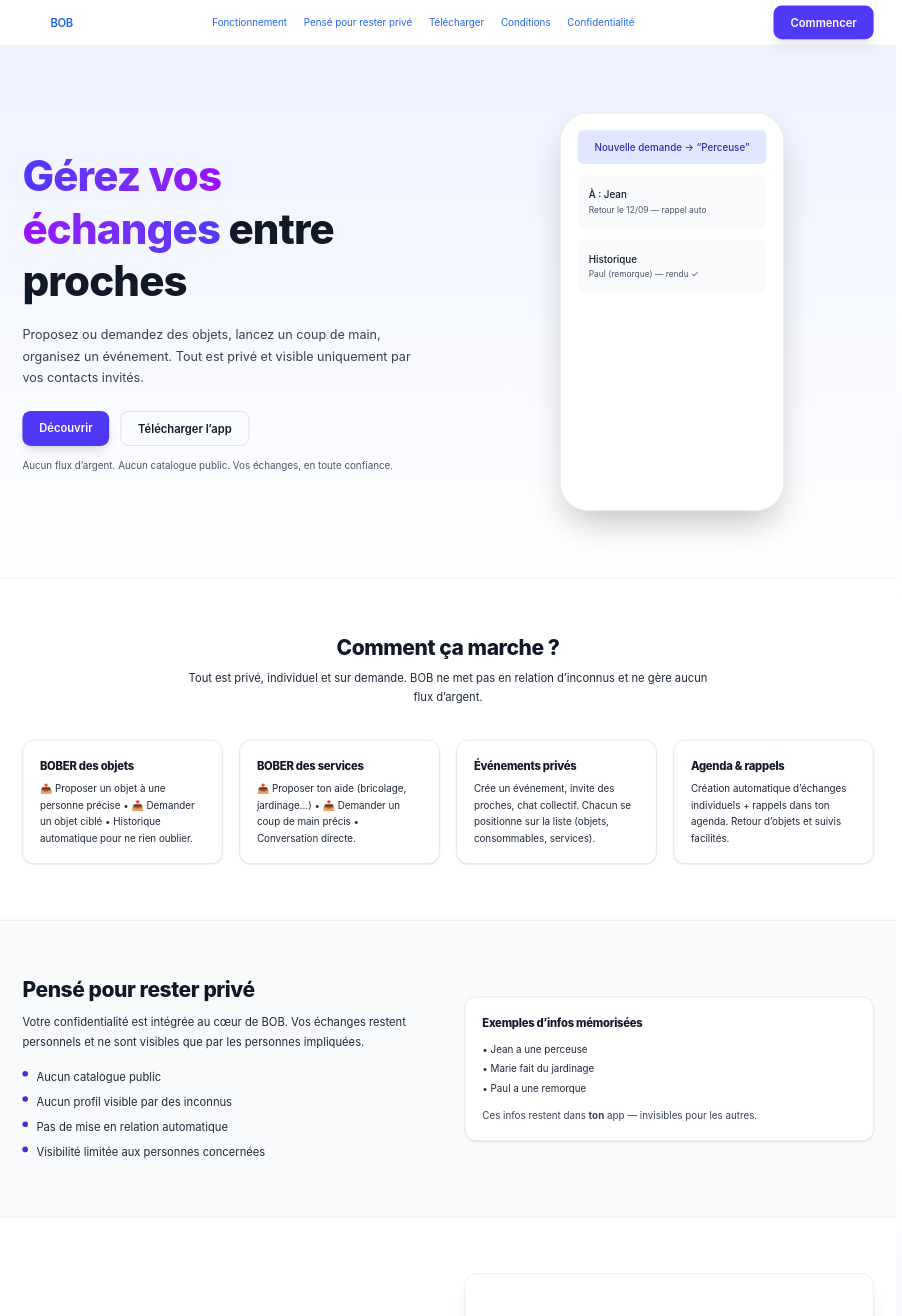
Repository: JeanCharlesMEILLAND/new-bob
Page: /
The author's editor kept a copy of each file at every save. The page is drawn from the files as they stood at one save, then again after the next save.
The browser window is 1280 px wide. The page is 1288 px wide, so the pictures cover 1288 px, including what lies to the right of the window. The pictures show the part of the page from y = 0 to 1880 px (the page is 2700 px tall), at 70% of full size.
The project was rebuilt for these pictures with package versions that can differ from the ones it lists, and the page was loaded fresh each time. The framework's server and built-in components were replaced by stand-ins that run in the browser. Also part of the build but not shown: next.config.ts.

Above is the page before, as saved 2025-08-12 00:27:24.

After the next save:
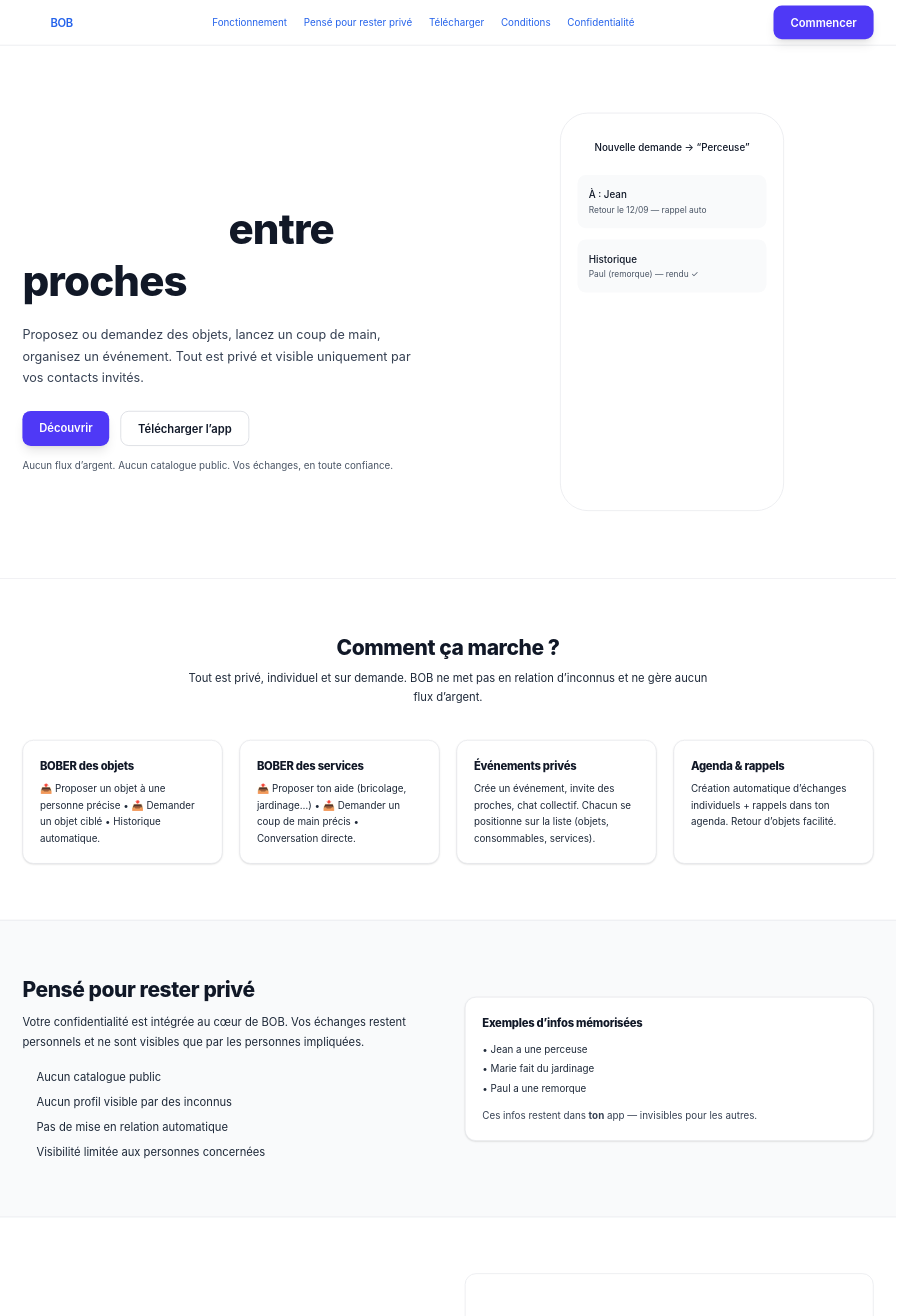
Saved 14 s later.
--- a/src/app/page.tsx
+++ b/src/app/page.tsx
@@ -2,17 +2,18 @@
   return (
     <main className="bg-white text-gray-900">
       {/* HERO */}
-      <section className="relative bg-gradient-to-b from-indigo-50 to-white">
+      <section className="relative bg-gradient-to-b from-brand/10 to-white">
         <div className="container py-24 grid lg:grid-cols-2 gap-16 items-center">
           <div>
             <h1 className="text-5xl sm:text-6xl font-extrabold leading-tight">
-              <span className="bg-gradient-to-r from-indigo-600 via-purple-600 to-indigo-600 bg-clip-text text-transparent">
+              <span className="bg-gradient-to-r from-brand via-accent to-brand bg-clip-text text-transparent">
                 Gérez vos échanges
               </span>{" "}
               entre proches
             </h1>
             <p className="mt-6 text-lg text-gray-700 leading-relaxed max-w-xl">
-              Proposez ou demandez des objets, lancez un coup de main, organisez un événement. Tout est privé et visible uniquement par vos contacts invités.
+              Proposez ou demandez des objets, lancez un coup de main, organisez un événement.
+              Tout est privé et visible uniquement par vos contacts invités.
             </p>
             <div className="mt-8 flex flex-wrap gap-4">
               <a href="#fonctionnement" className="btn-primary">Découvrir</a>
@@ -25,8 +26,8 @@
 
           {/* Mockup */}
           <div className="relative">
-            <div className="aspect-[9/16] w-80 mx-auto rounded-[2.5rem] border border-gray-200 bg-white shadow-2xl p-6 overflow-hidden">
-              <div className="h-12 rounded-lg bg-indigo-100 grid place-items-center text-indigo-800 text-sm font-medium mb-4">
+            <div className="aspect-[9/16] w-80 mx-auto rounded-[2.5rem] border border-gray-200 bg-white shadow-xl-soft p-6 overflow-hidden">
+              <div className="h-12 rounded-lg bg-brand/10 grid place-items-center text-brand text-sm font-medium mb-4">
                 Nouvelle demande → “Perceuse”
               </div>
               <div className="p-4 rounded-xl bg-gray-50 mb-4">
@@ -38,8 +39,9 @@
                 <p className="text-xs text-gray-600">Paul (remorque) — rendu ✓</p>
               </div>
             </div>
-            <div className="absolute -z-10 -top-10 -left-10 w-40 h-40 bg-indigo-200 rounded-full blur-3xl opacity-50"></div>
-            <div className="absolute -z-10 bottom-0 -right-10 w-40 h-40 bg-purple-200 rounded-full blur-3xl opacity-50"></div>
+            {/* halos décoratifs */}
+            <div className="absolute -z-10 -top-10 -left-10 w-40 h-40 bg-brand/20 rounded-full blur-3xl"></div>
+            <div className="absolute -z-10 bottom-0 -right-10 w-40 h-40 bg-accent/20 rounded-full blur-3xl"></div>
           </div>
         </div>
       </section>
@@ -58,23 +60,19 @@
             {[
               {
                 title: "BOBER des objets",
-                desc:
-                  "📤 Proposer un objet à une personne précise • 📥 Demander un objet ciblé • Historique automatique pour ne rien oublier."
+                desc: "📤 Proposer un objet à une personne précise • 📥 Demander un objet ciblé • Historique automatique."
               },
               {
                 title: "BOBER des services",
-                desc:
-                  "📤 Proposer ton aide (bricolage, jardinage…) • 📥 Demander un coup de main précis • Conversation directe."
+                desc: "📤 Proposer ton aide (bricolage, jardinage…) • 📥 Demander un coup de main précis • Conversation directe."
               },
               {
                 title: "Événements privés",
-                desc:
-                  "Crée un événement, invite des proches, chat collectif. Chacun se positionne sur la liste (objets, consommables, services)."
+                desc: "Crée un événement, invite des proches, chat collectif. Chacun se positionne sur la liste (objets, consommables, services)."
               },
               {
                 title: "Agenda & rappels",
-                desc:
-                  "Création automatique d’échanges individuels + rappels dans ton agenda. Retour d’objets et suivis facilités."
+                desc: "Création automatique d’échanges individuels + rappels dans ton agenda. Retour d’objets facilité."
               },
             ].map((f) => (
               <div key={f.title} className="card">
@@ -102,7 +100,7 @@
                 "Visibilité limitée aux personnes concernées",
               ].map((item) => (
                 <li key={item} className="flex gap-3">
-                  <span className="mt-1 inline-block h-2 w-2 bg-indigo-700 rounded-full" />
+                  <span className="mt-1 inline-block h-2 w-2 bg-brand rounded-full" />
                   <span>{item}</span>
                 </li>
               ))}
@@ -134,10 +132,10 @@
             </p>
           </div>
           <div className="order-1 lg:order-2 relative">
-            <div className="aspect-[16/10] rounded-2xl border border-gray-200 bg-white shadow-xl grid place-items-center text-sm text-gray-600">
+            <div className="aspect-[16/10] rounded-2xl border border-gray-200 bg-white shadow-xl-soft grid place-items-center text-sm text-gray-600">
               Aperçu événement · Liste : <em>chaises, plancha, boissons, aide tonnelle…</em>
             </div>
-            <div className="absolute -z-10 -top-8 -right-8 w-36 h-36 bg-indigo-200 rounded-full blur-3xl opacity-50"></div>
+            <div className="absolute -z-10 -top-8 -right-8 w-36 h-36 bg-accent/25 rounded-full blur-3xl"></div>
           </div>
         </div>
       </section>

After the save that followed:
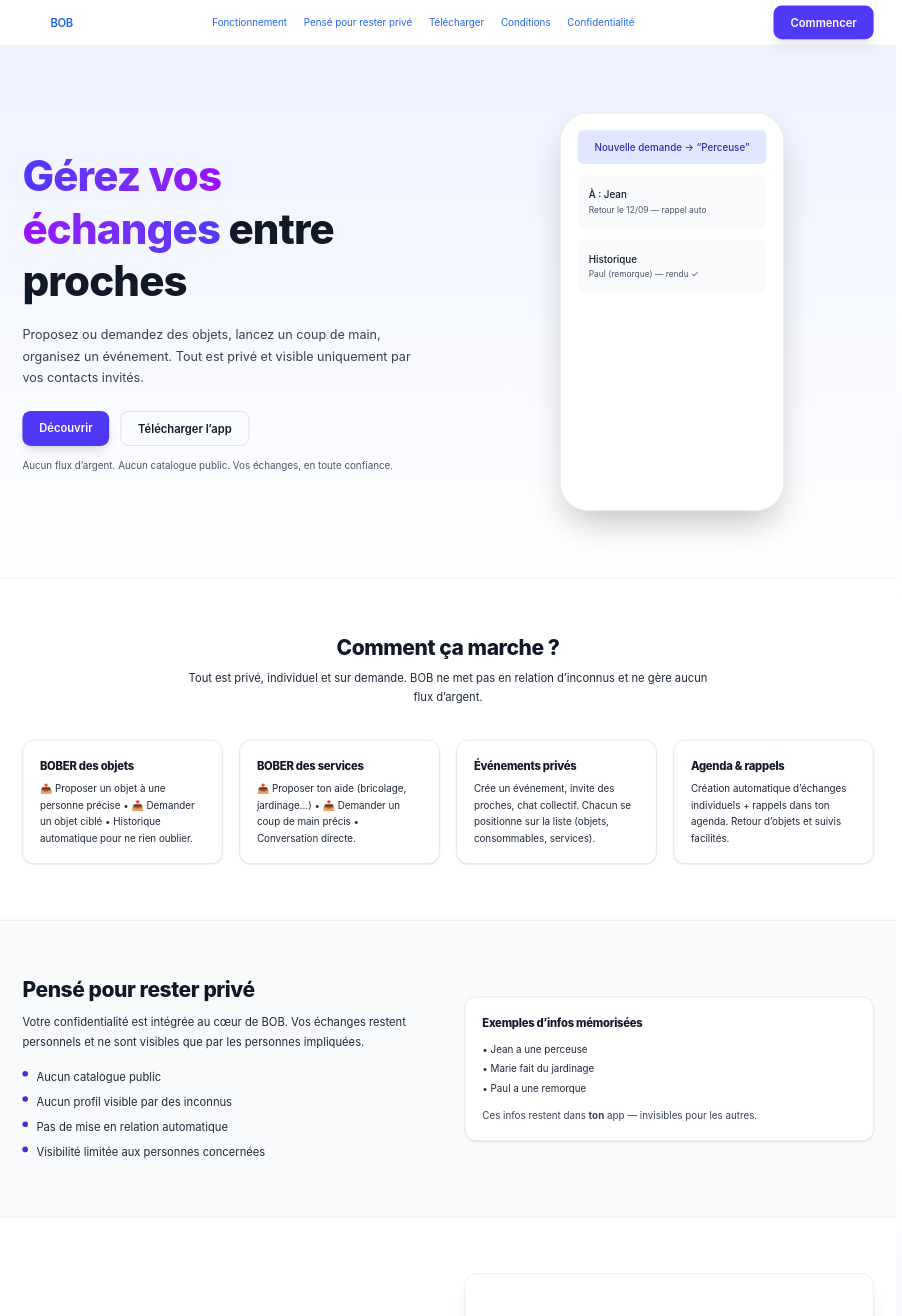
Saved 12 s later.
--- a/src/app/page.tsx
+++ b/src/app/page.tsx
@@ -2,18 +2,17 @@
   return (
     <main className="bg-white text-gray-900">
       {/* HERO */}
-      <section className="relative bg-gradient-to-b from-brand/10 to-white">
+      <section className="relative bg-gradient-to-b from-indigo-50 to-white">
         <div className="container py-24 grid lg:grid-cols-2 gap-16 items-center">
           <div>
             <h1 className="text-5xl sm:text-6xl font-extrabold leading-tight">
-              <span className="bg-gradient-to-r from-brand via-accent to-brand bg-clip-text text-transparent">
+              <span className="bg-gradient-to-r from-indigo-600 via-purple-600 to-indigo-600 bg-clip-text text-transparent">
                 Gérez vos échanges
               </span>{" "}
               entre proches
             </h1>
             <p className="mt-6 text-lg text-gray-700 leading-relaxed max-w-xl">
-              Proposez ou demandez des objets, lancez un coup de main, organisez un événement.
-              Tout est privé et visible uniquement par vos contacts invités.
+              Proposez ou demandez des objets, lancez un coup de main, organisez un événement. Tout est privé et visible uniquement par vos contacts invités.
             </p>
             <div className="mt-8 flex flex-wrap gap-4">
               <a href="#fonctionnement" className="btn-primary">Découvrir</a>
@@ -26,8 +25,8 @@
 
           {/* Mockup */}
           <div className="relative">
-            <div className="aspect-[9/16] w-80 mx-auto rounded-[2.5rem] border border-gray-200 bg-white shadow-xl-soft p-6 overflow-hidden">
-              <div className="h-12 rounded-lg bg-brand/10 grid place-items-center text-brand text-sm font-medium mb-4">
+            <div className="aspect-[9/16] w-80 mx-auto rounded-[2.5rem] border border-gray-200 bg-white shadow-2xl p-6 overflow-hidden">
+              <div className="h-12 rounded-lg bg-indigo-100 grid place-items-center text-indigo-800 text-sm font-medium mb-4">
                 Nouvelle demande → “Perceuse”
               </div>
               <div className="p-4 rounded-xl bg-gray-50 mb-4">
@@ -39,9 +38,8 @@
                 <p className="text-xs text-gray-600">Paul (remorque) — rendu ✓</p>
               </div>
             </div>
-            {/* halos décoratifs */}
-            <div className="absolute -z-10 -top-10 -left-10 w-40 h-40 bg-brand/20 rounded-full blur-3xl"></div>
-            <div className="absolute -z-10 bottom-0 -right-10 w-40 h-40 bg-accent/20 rounded-full blur-3xl"></div>
+            <div className="absolute -z-10 -top-10 -left-10 w-40 h-40 bg-indigo-200 rounded-full blur-3xl opacity-50"></div>
+            <div className="absolute -z-10 bottom-0 -right-10 w-40 h-40 bg-purple-200 rounded-full blur-3xl opacity-50"></div>
           </div>
         </div>
       </section>
@@ -60,19 +58,23 @@
             {[
               {
                 title: "BOBER des objets",
-                desc: "📤 Proposer un objet à une personne précise • 📥 Demander un objet ciblé • Historique automatique."
+                desc:
+                  "📤 Proposer un objet à une personne précise • 📥 Demander un objet ciblé • Historique automatique pour ne rien oublier."
               },
               {
                 title: "BOBER des services",
-                desc: "📤 Proposer ton aide (bricolage, jardinage…) • 📥 Demander un coup de main précis • Conversation directe."
+                desc:
+                  "📤 Proposer ton aide (bricolage, jardinage…) • 📥 Demander un coup de main précis • Conversation directe."
               },
               {
                 title: "Événements privés",
-                desc: "Crée un événement, invite des proches, chat collectif. Chacun se positionne sur la liste (objets, consommables, services)."
+                desc:
+                  "Crée un événement, invite des proches, chat collectif. Chacun se positionne sur la liste (objets, consommables, services)."
               },
               {
                 title: "Agenda & rappels",
-                desc: "Création automatique d’échanges individuels + rappels dans ton agenda. Retour d’objets facilité."
+                desc:
+                  "Création automatique d’échanges individuels + rappels dans ton agenda. Retour d’objets et suivis facilités."
               },
             ].map((f) => (
               <div key={f.title} className="card">
@@ -100,7 +102,7 @@
                 "Visibilité limitée aux personnes concernées",
               ].map((item) => (
                 <li key={item} className="flex gap-3">
-                  <span className="mt-1 inline-block h-2 w-2 bg-brand rounded-full" />
+                  <span className="mt-1 inline-block h-2 w-2 bg-indigo-700 rounded-full" />
                   <span>{item}</span>
                 </li>
               ))}
@@ -132,10 +134,10 @@
             </p>
           </div>
           <div className="order-1 lg:order-2 relative">
-            <div className="aspect-[16/10] rounded-2xl border border-gray-200 bg-white shadow-xl-soft grid place-items-center text-sm text-gray-600">
+            <div className="aspect-[16/10] rounded-2xl border border-gray-200 bg-white shadow-xl grid place-items-center text-sm text-gray-600">
               Aperçu événement · Liste : <em>chaises, plancha, boissons, aide tonnelle…</em>
             </div>
-            <div className="absolute -z-10 -top-8 -right-8 w-36 h-36 bg-accent/25 rounded-full blur-3xl"></div>
+            <div className="absolute -z-10 -top-8 -right-8 w-36 h-36 bg-indigo-200 rounded-full blur-3xl opacity-50"></div>
           </div>
         </div>
       </section>
